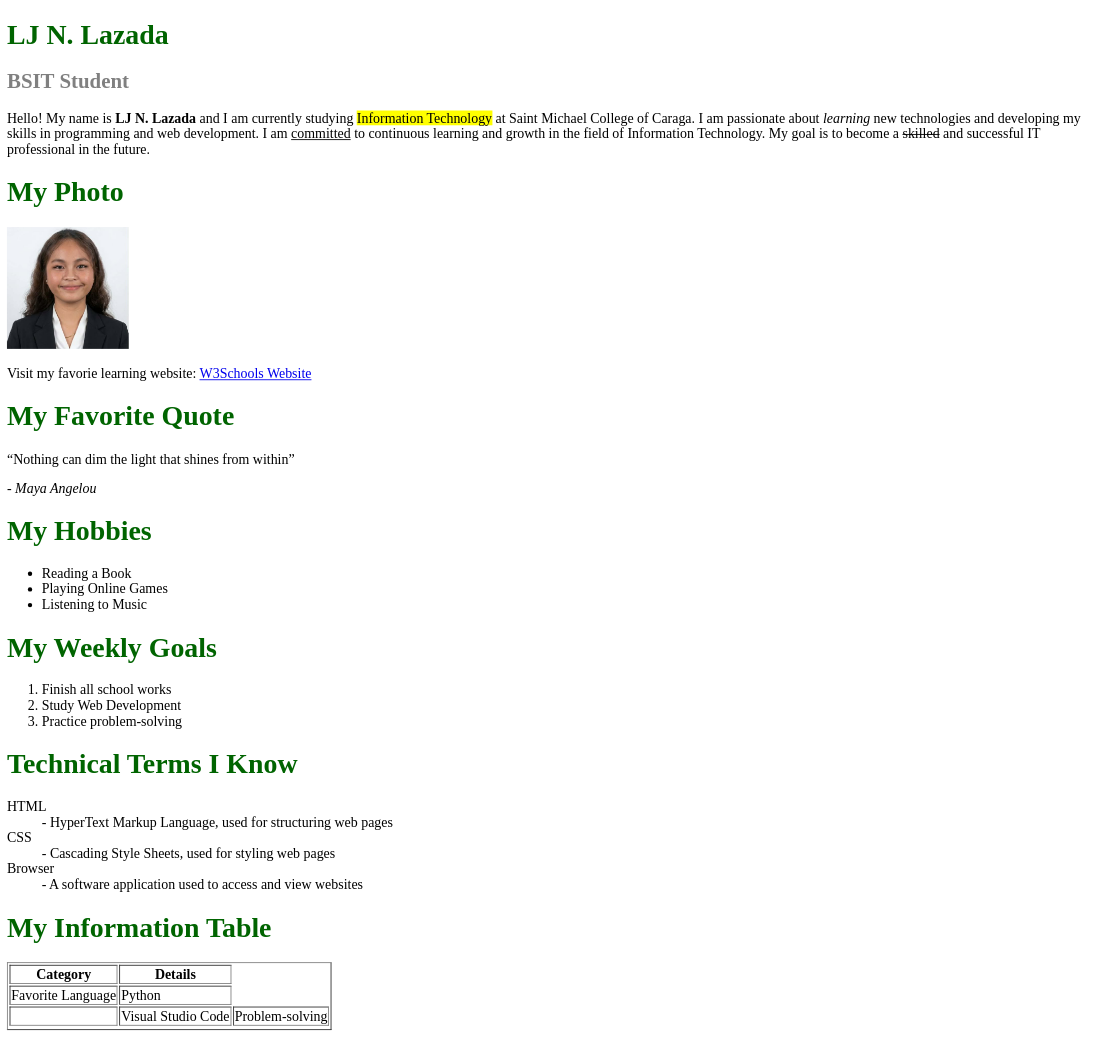
Repository: ljlazada11/myfirsthtml
Page: index.html
An editor plug-in stored every save of this project. The page is shown before and after the next save, followed by the edit.
The browser window is 1280 px wide. The pictures show the whole page, at 87% of full size.

Above is the page before, as saved 2026-06-24 20:45:47.

After the next save:
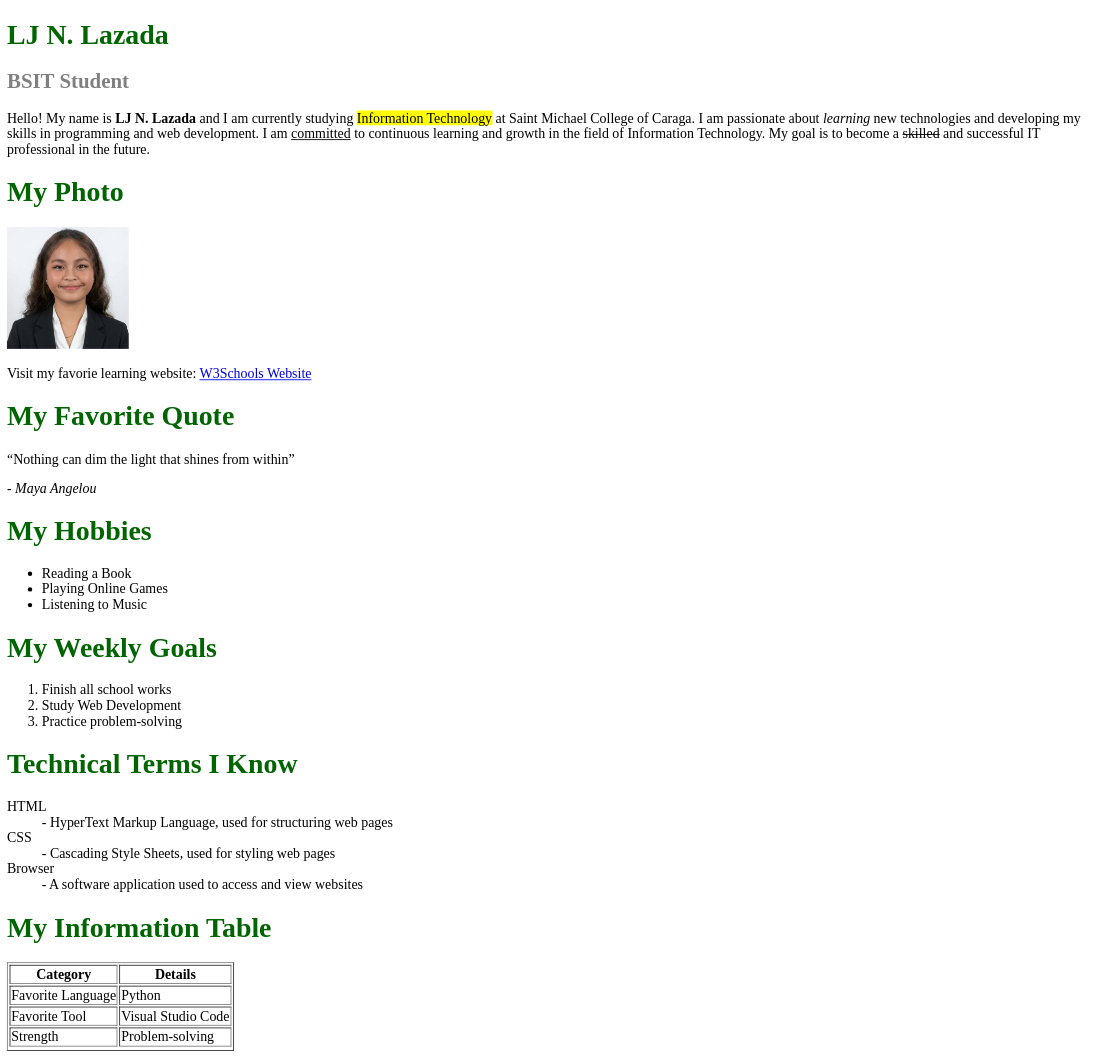
Saved 48 s later.
--- a/index.html
+++ b/index.html
@@ -56,8 +56,11 @@
         <td>Python</td>
     </tr>
     <tr>
-        <td></td>
+        <td>Favorite Tool</td>
         <td>Visual Studio Code</td>
+    </tr>
+    <tr>
+        <td>Strength</td>
         <td>Problem-solving</td>
     </tr>
     <tr>
